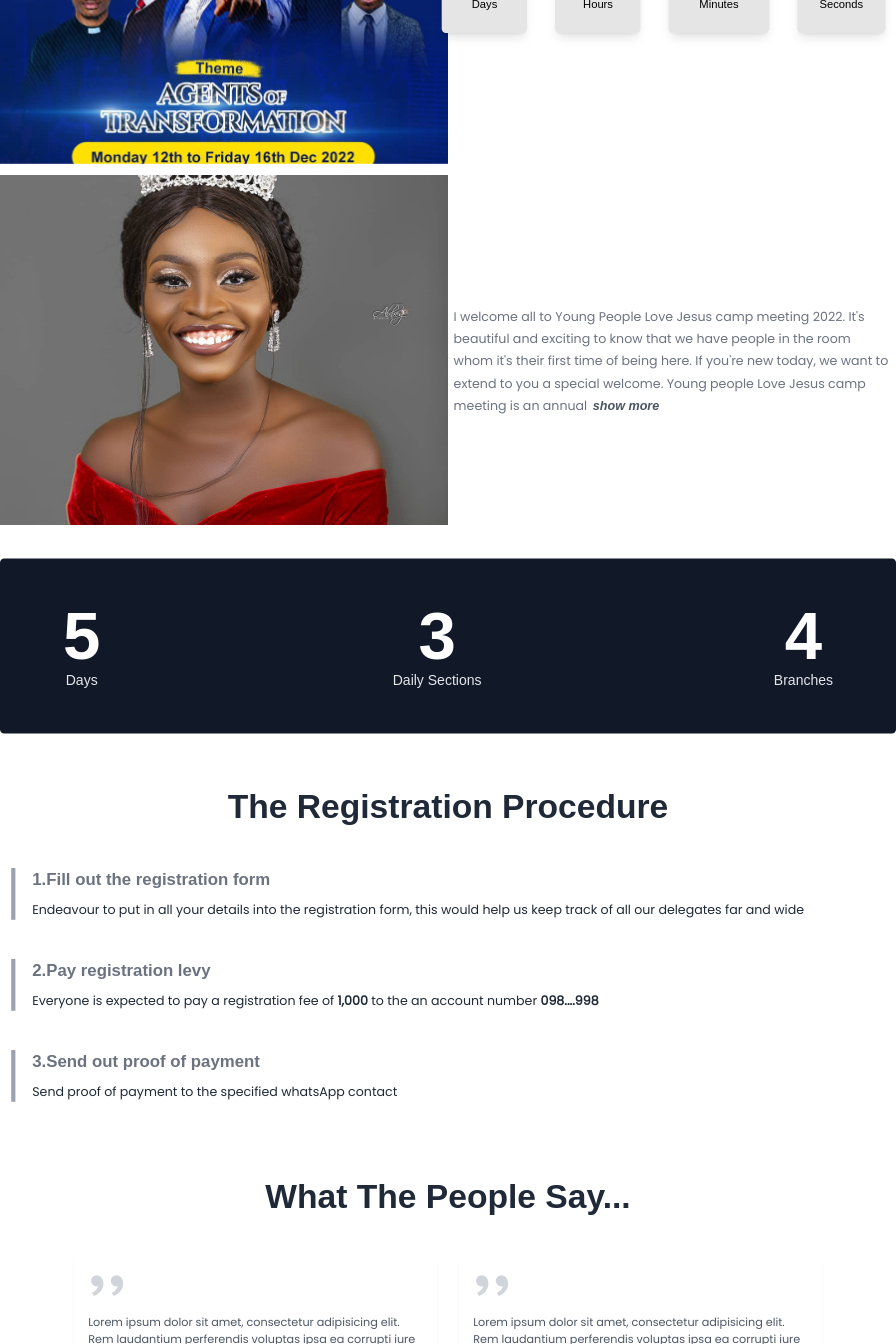
Repository: Ifenna-Pascal/user-camp-onboarding
Page: /
These files come from the project's save history. The page is drawn as it stood at one moment and after the next save; the edit follows.
The browser window is 1280 px wide. The pictures show the part of the page from y = 1070 to 2990 px (the page is 3406 px tall before and 4228 px after), at 70% of full size.
Some web fonts or font styles are not loaded; a fallback is used. The project was rebuilt for these pictures with package versions that can differ from the ones it lists, and the page was loaded fresh each time. The framework's server and built-in components were replaced by stand-ins that run in the browser. Also part of the build but not shown: next.config.js, styles/Home.module.css.

Above is the page before, as saved 2022-11-26 11:29:13.

After the next save:
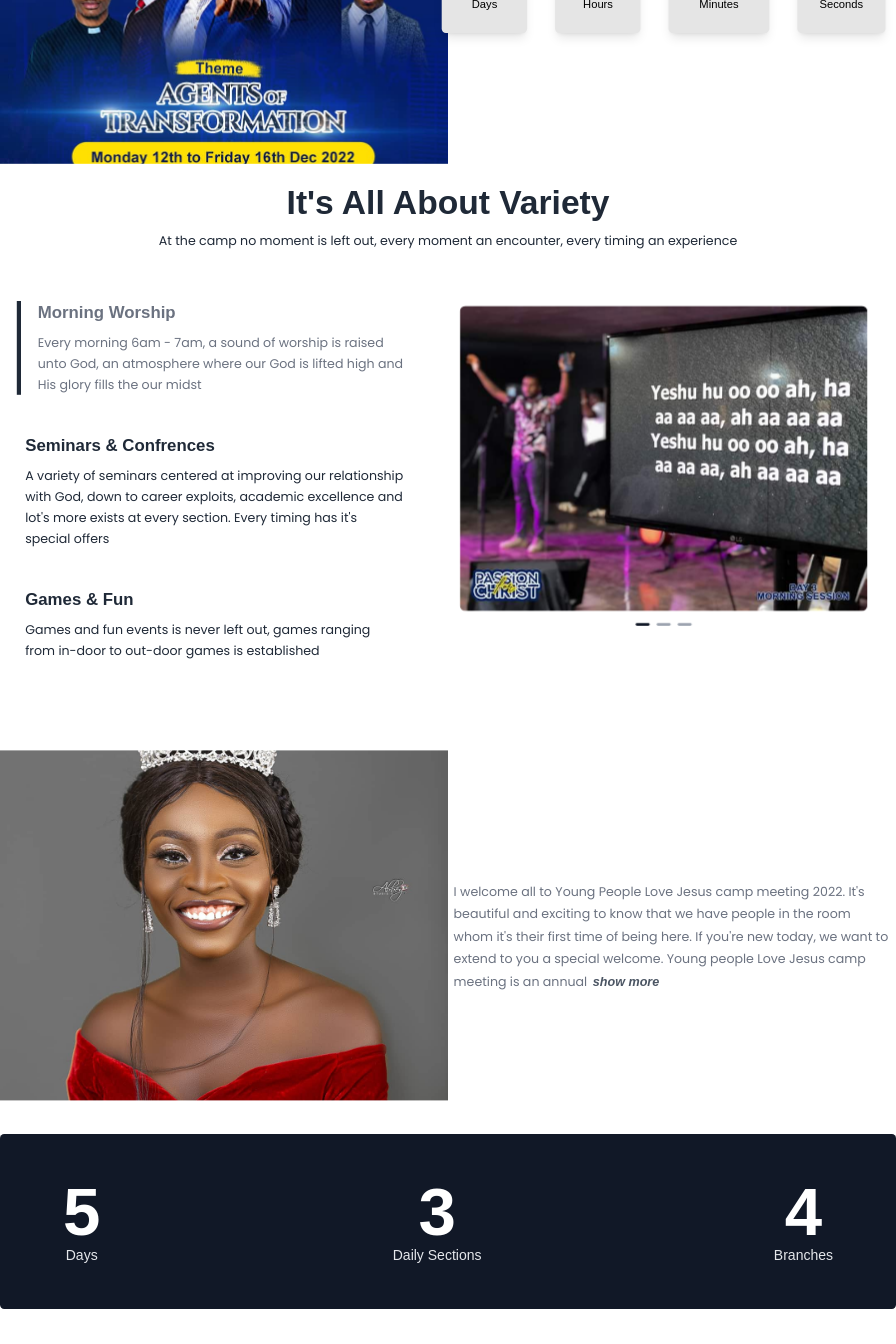
Saved 24 s later.
--- a/pages/index.js
+++ b/pages/index.js
@@ -17,7 +17,7 @@ export default function Home() {
       <div className="max-w-[1450px] mx-auto">
         <Hero />
         <CountDown />
-        {/* <HowItWorks /> */}
+        <HowItWorks />
         <Speech />
         <Numerics />
         <Steps />
